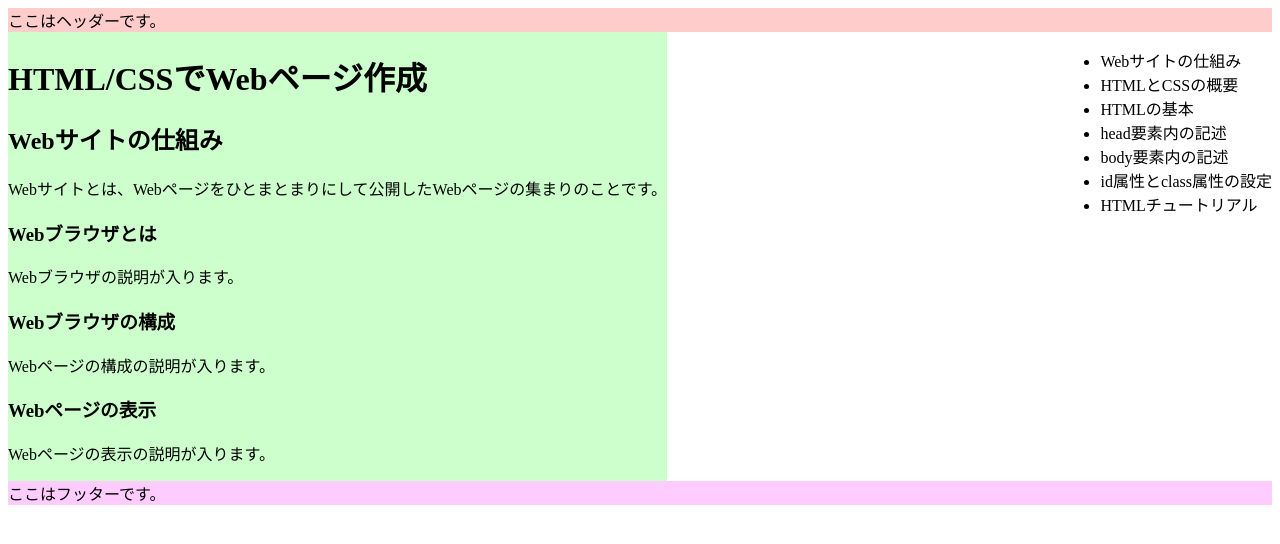
Repository: kazumasatomoto/kadai-tasklist-
Page: kadai-html.html
The author's editor kept a record of every edit. The page is drawn from the files as they stood at one moment, then again after the next edit.
The browser window is 1280 px wide. The pictures show the whole page.

Above is the page before.

After the next edit:
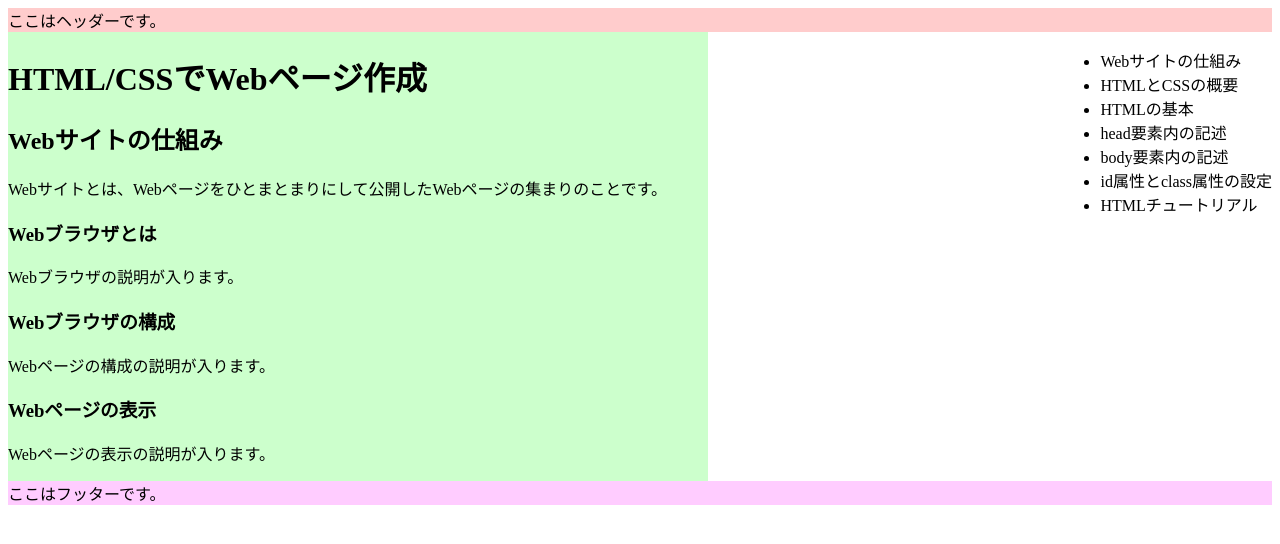
The edit:
--- a/kadai-css.css
+++ b/kadai-css.css
@@ -7,6 +7,7 @@
     justify-content: space-between;
 }
 #main {
+    width: 700px;
     background-color: #ccffcc;
 }
 menu {
